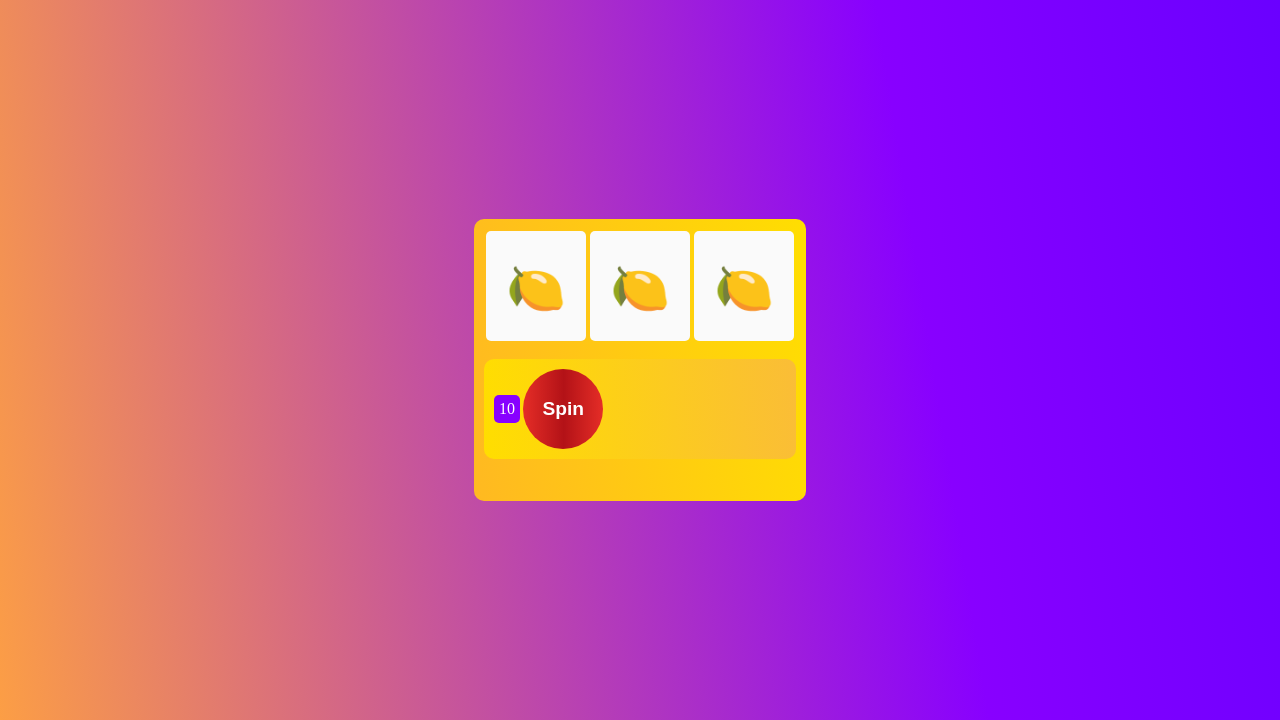
Repository: HERBOD7/slotmachine
Page: /
These files come from the project's save history. The page is drawn as it stood at one moment and after the next save; the edit follows.
The browser window is 1280 px wide. The pictures show the whole page.
The project was rebuilt for these pictures with package versions that can differ from the ones it lists, and the page was loaded fresh each time. Also part of the build but not shown: vue.config.js.

Above is the page before, as saved 2023-07-23 12:19:34.

### src/App.vue
<template>
  <div id="app">
    <div class="machine">
      <div class="slots">
        <div class="slot" v-for="(symbol, name, i) in symbols" :key="i">
          <SlotBox
            :symbols="symbol"
            :slotName="name"
            :slotIsShuffling="isShuffling"
          />
        </div>
      </div>

      <div class="buttons">
        <div class="credit">{{ credit }}</div>
        <button @click="spin" class="spinner">Spin</button>
      </div>
    </div>
  </div>
</template>

<script>
import SlotBox from "./components/SlotBox.vue";

export default {
  name: "App",
  components: {
    SlotBox,
  },
  data() {
    return {
      symbols: {
        firstSlot: ["🍋", "🍉", "🍒", "🍊"],
        secondSlot: ["🍋", "🍉", "🍒", "🍊"],
        thirdSlot: ["🍋", "🍉", "🍒", "🍊"],
      },
      isShuffling: false,
      credit: 10,
    };
  },
  methods: {
    spin() {
      this.isShuffling = true;
      for (let name in this.symbols) {
        const arr = [];
        arr.push(...this.symbols[name]);
        this.symbols[name] = this.shuffle(arr);
      }
      setTimeout(() => {
        this.isShuffling = false;
      }, 100);
    },
    shuffle(array) {
      for (let i = array.length - 1; i > 0; i--) {
        const j = Math.floor(Math.random() * (i + 1));
        [array[i], array[j]] = [array[j], array[i]];
      }
      return array;
    },
  },
};
</script>

<style>
body {
  width: 100vw;
  height: 100vh;
  margin: 0;
  padding: 0;
}

#app {
  width: 100%;
  height: 100%;
  display: flex;
  flex-direction: column;
  justify-content: center;
  align-items: center;
  background: rgb(106, 0, 255);
  background: linear-gradient(
    261deg,
    rgba(106, 0, 255, 1) 0%,
    rgba(136, 0, 255, 1) 29%,
    rgba(252, 158, 69, 1) 100%
  );
}

.machine {
  background: rgb(255, 222, 1);
  background: linear-gradient(
    261deg,
    rgba(255, 222, 1, 1) 0%,
    rgba(255, 185, 33, 1) 100%
  );
  padding: 10px;
  border-radius: 10px;
}

.slots {
  display: flex;
  /* background: rgb(255, 222, 1);
  background: linear-gradient(
    261deg,
    rgba(255, 222, 1, 1) 0%,
    rgba(255, 185, 33, 1) 100%
  );
  padding: 10px;
  border-radius: 10px; */
}

.slot {
  background: #fafafa;
  width: 100px;
  height: 110px;
  overflow: hidden;
  border-radius: 5px;
  margin: 2px;
}

.buttons {
  margin: 1rem 0 2rem 0;
  background: rgb(255, 222, 0);
  background: linear-gradient(
    85deg,
    rgba(255, 222, 0, 1) 0%,
    rgba(250, 189, 55, 1) 100%
  );
  display: flex;
  align-items: center;
  padding: 10px;
  border-radius: 10px;
}

button {
  cursor: pointer;
  font-size: 1.2rem;
  margin: 0 0.2rem;
  border: none;
  border-radius: 5px;
  padding: 10px 15px;
}

.credit {
  background: rgba(136, 0, 255, 1);
  padding: 5px;
  border-radius: 5px;
  color: white;
}

.spinner {
  height: 80px;
  width: 80px;
  border-radius: 100%;
  background: rgb(255, 0, 0);
  background-image: linear-gradient(
    to right,
    #e52d27 0%,
    #b31217 51%,
    #e52d27 100%
  );
  color: white;
  font-weight: bold;
}

.spinner:hover {
  background-position: right center;
}
</style>

### src/components/SlotBox.vue
<template>
  <div class="boxes">
    <div
      :class="[
        'box',
        slotIsShuffling ? 'before-animate blur' : slotName + '-animation',
      ]"
      v-for="(item, index) in symbols"
      :key="index"
    >
      {{ item }}
    </div>
  </div>
</template>

<script>
export default {
  name: "SlotBox",
  props: {
    symbols: Array,
    slotIsShuffling: Boolean,
    slotName: String,
  },
};
</script>

<!-- Add "scoped" attribute to limit CSS to this component only -->
<style scoped>
.boxes {
  transform: translateY(0);
  transition: transform 1s ease-in-out;
}

.box {
  display: flex;
  justify-content: center;
  align-items: center;
  font-size: 3rem;
  height: 110px;
  width: 100px;
}

.firstSlot-animation {
  transform: translateY(3px);
  transition: transform 0.5s ease-in-out;
}

.secondSlot-animation {
  transform: translateY(3px);
  transition: transform 0.8s ease-in-out;
}

.thirdSlot-animation {
  transform: translateY(3px);
  transition: transform 1s ease-in-out;
}

.before-animate {
  transform: translateY(-20px);
}

.blur {
  filter: blur(1px);
}
</style>

Loaded but not shown: public/index.html (common file); src/main.js (common file)

After the next save:
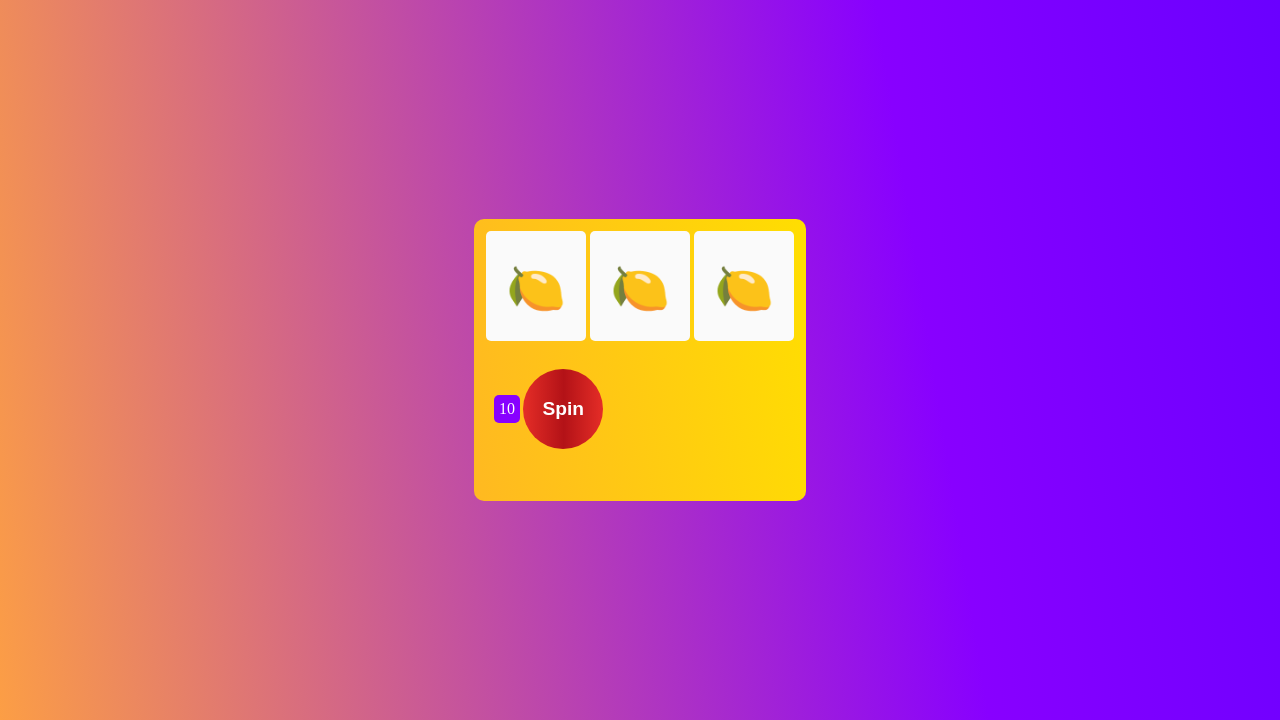
Saved 19 s later.
--- a/src/App.vue
+++ b/src/App.vue
@@ -119,12 +119,6 @@ body {
 
 .buttons {
   margin: 1rem 0 2rem 0;
-  background: rgb(255, 222, 0);
-  background: linear-gradient(
-    85deg,
-    rgba(255, 222, 0, 1) 0%,
-    rgba(250, 189, 55, 1) 100%
-  );
   display: flex;
   align-items: center;
   padding: 10px;
